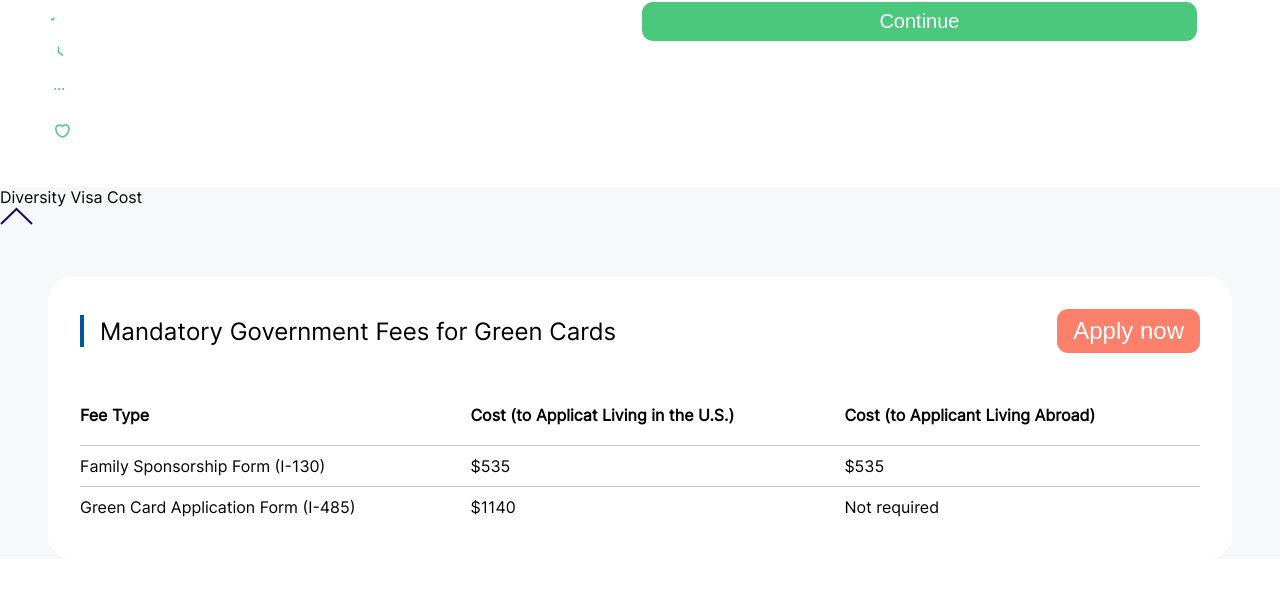
Repository: switch247/small_ui
Page: /, after clicking the first element matching `div.dropdown__clickable`
These files come from the project's save history. The page is drawn as it stood at one moment and after the next save; the edit follows.
The browser window is 1280 px wide. The pictures show the part of the page from y = 720 to 1383 px (the page is 1327 px tall before and 1383 px after).
The project was rebuilt for these pictures with package versions that can differ from the ones it lists, and the page was loaded fresh each time.

Above is the page before, as saved 2023-10-12 17:17:52.

### src/index.css
@font-face {
  font-family: Inter;
  src: url("./assets/fonts/Inter-Regular.ttf");
}

body {
  margin: 0;
  font-family: Inter;
}

code {
  font-family: source-code-pro, Menlo, Monaco, Consolas, "Courier New",
    monospace;
}

:root {
  --Verde: #4ac97d;
  --Dark_Blue: #1f3655;
  --Darker_Blue: #011527;
  --Cinza_Cairo: #e8e7e7;
  --Cinza_Cairo_2: #cdcbcb;
  --Azul_Escuro: #01264a;
  --Orange: #fd806b;
}

### src/App.tsx
import React from "react";
import "./App.css";
import Home from "./components/Home";
import TableView from "./components/Table";
import Description from "./components/Description";

function App() {
  return (
    <div className="App">
      <Home />
      <Description />
    </div>
  );
}

export default App;

### src/App.css
html {
  position: relative;
}

.App {
  height: 100%;
}

### src/components/Home.tsx
import React from "react";
import BorderdButton from "../elements/BorderdButton";
import "../css/components/Home.css";
import GreenCard from "./GreenCard";
import NumberCard from "../elements/NumberCard";

const Home = () => {
  return (
    <>
      <div className="app__background"></div>
      <main className="main">
        <header className="app__header">
          <img className="gov_assist_logo" src="/images/Govassist.png" alt="" />
          <BorderdButton text="Live Chat" color="white" />
        </header>
        <div className="main__container">
          <div className="main__left__contianer">
            <div className="main__left__title">
              Win the right to live{" "}
              <span style={{ color: "white" }}>
                {" "}
                <br /> in the USA!
              </span>
            </div>
            <div className="main__left__small_container">
              <div className="edge"></div>
              <div className="main__left__desc">
                The official deadline <br />
                is running, so hurry <br />
                up and{" "}
                <span
                  style={{ textDecoration: "underline", cursor: "pointer" }}
                >
                  apply here!
                </span>
              </div>
              <div className="number__list__container">
                <div>
                  <NumberCard number={27} desc="DAYS" />
                </div>
                <div>
                  <NumberCard number={24} desc="HOURS" />
                </div>
                <div>
                  <NumberCard number={60} desc="MINUTES" />
                </div>
                <div>
                  <NumberCard number={27} desc="SECONDS" />
                </div>
              </div>
            </div>
            <div className="main__left__lists">
              <div className="list">
                <img
                  className="list__img"
                  src="/images/🦆 icon _people_.svg"
                  alt=""
                />
                <div className="list__desc">
                  50,000 people and their families will Live, Work and Study in
                  USA.
                </div>
              </div>
              <div className="list">
                <img
                  className="list__img"
                  src="/images/🦆 icon _medal star_.svg"
                  alt=""
                />
                <div className="list__desc">
                  OFFICIAL USA Governmental program.
                </div>
              </div>
              <div className="list">
                <img
                  className="list__img"
                  src="/images/🦆 icon _wallet check_.svg"
                  alt=""
                />
                <div className="list__desc">
                  Your chance to LIVE, WORK & STUDY in USA.
                </div>
              </div>
              <div className="list">
                <img
                  className="list__img"
                  src="/images/🦆 icon _clock_.svg"
                  alt=""
                />
                <div className="list__desc">
                  Simple registration within 5 minutes.
                </div>
              </div>
              <div className="list">
                <img
                  className="list__img"
                  src="/images/🦆 icon _message_.svg"
                  alt=""
                />
                <div className="list__desc">
                  Personal support in every step.
                </div>
              </div>
              <div className="list">
                <img
                  className="list__img"
                  src="/images/🦆 icon _lovely_.svg"
                  alt=""
                />
                <div className="list__desc">
                  Double chance for married people to win the Green Card.
                </div>
              </div>
            </div>
          </div>
          <div className="main__right__contianer">
            <GreenCard />
          </div>
        </div>
      </main>
    </>
  );
};

export default Home;

### src/components/Description.tsx
import { useState } from "react";
import TableView from "./Table";
import "../css/components/Description.css";

const Description = () => {
  const [dropDownState, setDropDownState] = useState(false);
  let img_src = dropDownState ? "/images/up.svg" : "/images/down.svg";
  return (
    <div className="description__container">
      <div className="description__title"></div>
      <div className="description__dropdowns">
        <div className="dropdown">
          <div
            className="dropdown__clickable"
            onClick={() => {
              setDropDownState((dropDownState) => !dropDownState);
            }}
          >
            <div className="dropdown__title">Diversity Visa Cost</div>
            <img src={img_src} alt="" />
          </div>
          {dropDownState ? <TableView /> : null}
        </div>
      </div>
    </div>
  );
};

export default Description;

### src/elements/BorderdButton.tsx
import React from "react";
import "../css/elements/elements.css";

interface Props {
  borderColor?: string;
  text: string;
  color?: string;
  fontSize?: number;
}
const BorderdButton: React.FC<Props> = ({
  text,
  color,
  borderColor,
  fontSize,
}) => {
  return (
    <button
      className="borderd__button"
      style={{ color: color, borderColor: borderColor, fontSize: fontSize }}
    >
      {text}
    </button>
  );
};

export default BorderdButton;

### src/css/components/Home.css
html {
  position: relative;
  font-family: Inter;
}

.App {
  height: 100%;
}

.app__background {
  position: absolute;
  top: 0;
  left: 0;
  z-index: -9;
  background: url("../../../public/images/background.gif");
  background-repeat: no-repeat;
  background-size: cover;
  background-clip: border-box;
  width: 100%;
  height: 100vh;
}

.app__header {
  display: flex;
  background-color: var(--Dark_Blue);
  justify-content: space-between;
  align-items: center;
  padding: 0.5rem 2rem;
  margin: 2rem 3rem;
  border-top-right-radius: 0.7rem;
  border-bottom-right-radius: 0.7rem;
  border-top-left-radius: 0.7rem;
  border-bottom-left-radius: 0.7rem;
}
.gov_assist_logo {
  width: 10rem;
  aspect-ratio: 2/1;
}

.main__container {
  /* width: 100%; */
  display: flex;
  /* gap: 2rem; */
  margin: 3rem;
  justify-content: space-between;
}

.main__left__contianer {
  display: flex;
  flex-direction: column;
  gap: 2rem;
  flex: 1;
}
.main__left__title {
  font-size: 4rem;
  font-style: normal;
  font-weight: 700;
  color: var(--Verde);
}
.main__left__small_container {
  display: flex;
  justify-content: flex-start;
  align-items: center;
  gap: 1rem;
}
.edge {
  width: 5px;
  height: 4.5rem;
  background-color: #d9d9d9;
}
.number__list__container {
  display: flex;
  gap: 0.5rem;
}
.main__left__desc {
  font-size: 1.5rem;
  font-weight: 500;
  color: white;
}
.main__left__lists {
  display: flex;
  flex-direction: column;
  gap: 1rem;
}
.list {
  display: flex;
  gap: 1rem;
}
.list__img {
  width: 1.4rem;
  aspect-ratio: 1/1;
}
.list__desc {
  color: white;
}
.main__right__contianer {
  flex: 1;
  display: flex;
  justify-content: flex-end;
}

### src/components/GreenCard.tsx
import CustomInput from "../elements/CustomInput";
import "../css/components/GreenCard.css";
import CurvedButton from "../elements/CurvedButton";

const GreenCard = () => {
  return (
    <div className="card__container">
      <div className="small__title">
        <img className="arrow_image" src="/images/right_arrow.svg" alt="" />
        <div className="small_title_1">Check now for free</div>
      </div>
      <div className="main__title">Green card eligibility</div>
      <div className="card__name">
        <CustomInput placeholder="First Name" />
        <CustomInput placeholder="Last Name" />
      </div>
      <div className="card__email">
        <CustomInput placeholder="Email Address" />
        <CustomInput placeholder="Your email" />
      </div>
      <div className="card__country">
        <CustomInput placeholder="Your country of birth" />
      </div>

      <div className="card__marital">
        <CustomInput placeholder="Marital status" />
      </div>
      <div className="card_check">
        <input className="checkbox" type="checkbox" />
        <div>Yes, I finished high school OR I have qualifying training.</div>
      </div>
      <div className="card__continue">
        <CurvedButton
          text="Continue"
          color="white"
          backgroundColor="##4AC97D"
          fontSize={20}
        />
      </div>
    </div>
  );
};

export default GreenCard;

### src/elements/NumberCard.tsx
import React from "react";

interface Props {
  number: number;
  desc: string;
}
const NumberCard: React.FC<Props> = ({ number, desc }) => {
  return (
    <div className="number__container">
      <div className="number">{number}</div>
      <div className="desc">{desc}</div>
    </div>
  );
};

export default NumberCard;

### src/components/Table.tsx
import React from "react";
import "../css/components/Table.css";
import CurvedButton from "../elements/CurvedButton";

interface Props {}

const TableView: React.FC<Props> = () => {
  return (
    <div className="tableview__container">
      <div className="tableview__header">
        <div className="left__coint"></div>
        <div className="tableview__title">
          Mandatory Government Fees for Green Cards
        </div>
        <div className="tableview__curved__btn">
          <CurvedButton
            text="Apply now"
            color="white"
            backgroundColor="#fd806b"
            fontSize={24}
          />
        </div>
      </div>
      <table>
        <thead>
          <tr>
            <th>Fee Type</th>
            <th>Cost (to Applicat Living in the U.S.)</th>
            <th>Cost (to Applicant Living Abroad)</th>
          </tr>
        </thead>
        <tbody>
          <tr>
            <td>Family Sponsorship Form (I-130)</td>
            <td>$535</td>
            <td>$535</td>
          </tr>
          <tr>
            <td>Green Card Application Form (I-485)</td>
            <td>$1140</td>
            <td>Not required</td>
          </tr>
        </tbody>
      </table>
    </div>
  );
};

export default TableView;

### src/css/components/Description.css
.description__container {
  background-color: #f7f8f9;
}

### src/css/elements/elements.css
.curved__button {
  background-color: var(--Verde);
  outline: none;
  border: none;
  border-top-right-radius: 0.7rem;
  border-bottom-right-radius: 0.7rem;
  border-top-left-radius: 0.7rem;
  border-bottom-left-radius: 0.7rem;
  padding: 0.5rem 1rem;
  transition: all 200ms linear;
  cursor: pointer;
  flex: 1;
}

.curved__button:hover {
  background-color: var(--Verde);
}

.borderd__button {
  outline: none;
  border: 2px solid var(--Cinza_Cairo);
  border-top-right-radius: 0.3rem;
  border-bottom-right-radius: 0.3rem;
  border-top-left-radius: 0.3rem;
  border-bottom-left-radius: 0.3rem;
  padding: 0.7rem 1.2rem;
  transition: all 200ms linear;
  cursor: pointer;
  background-color: rgba(255, 255, 255, 0);
}

.custom_input {
  border: none;
  border-top-right-radius: 0.5rem;
  border-bottom-right-radius: 0.5rem;
  border-top-left-radius: 0.5rem;
  border-bottom-left-radius: 0.5rem;
  font-style: italic;
  padding: 0.7rem 0.7rem;
  background-color: var(--Cinza_Cairo);
  flex: 1;
  font-size: 1.2rem;
}
.custom_input:focus {
  outline: none;
}

.custom_input::placeholder {
  font-style: italic;
  color: var(--Cinza_Cairo_2);
  font-weight: 200;
  font-family: Inter;
}

.number__container {
  width: fit-content;
  display: flex;
  flex-direction: column;
  align-items: center;
  padding: 0.5rem 1rem;
  border-top-right-radius: 0.7rem;
  border-bottom-right-radius: 0.7rem;
  border-top-left-radius: 0.7rem;
  border-bottom-left-radius: 0.7rem;
  background-color: #080f1a;
}
.number {
  font-size: 2rem;
  font-weight: 800;
  color: white;
}
.desc {
  font-size: 0.7rem;
  font-weight: 300;
  color: #a5deff;
}

### src/elements/CustomInput.tsx
import React from "react";
import "../css/elements/elements.css";

interface Props {
  placeholder?: string;
  color?: string;
  placholderColor?: string;
  fontSize?: number;
}
const CustomInput: React.FC<Props> = ({
  color,
  placeholder,
  placholderColor,
}) => {
  return (
    <input
      className="custom_input"
      type="text"
      placeholder={placeholder}
      color={color}
    />
  );
};

export default CustomInput;

### src/css/components/GreenCard.css
.card__container {
  /* width: 40%; */
  width: fit-content;
  background-color: white;
  padding: 2.2rem;
  display: flex;
  flex-direction: column;
  align-items: center;
  justify-content: center;
  gap: 1.5rem;
  border-radius: 50px;
}
.small__title {
  display: flex;
  align-self: start;
  align-items: center;
  gap: 1rem;
  color: var(--Verde);
  font-weight: 600;
  font-size: 1.2rem;
}
.arrow_image {
  width: 1.4rem;
  aspect-ratio: 1/1;
}
.small_title_1 {
}
.checkbox {
  border: 4px solid black;
  border-radius: 4px;
}
.main__title {
  font-size: 48px;
  font-weight: 700;
}
.card__name {
  display: flex;
  width: 100%;
  gap: 0.5rem;
  justify-content: space-between;
}
.card__email {
  display: flex;
  width: 100%;
  gap: 0.5rem;
  justify-content: space-between;
}
.card__country {
  width: 100%;
  display: flex;
}

.card__marital {
  width: 100%;
  display: flex;
}

.card_check {
  align-self: flex-start;
  display: flex;
  gap: 1rem;
}
.card__continue {
  width: 100%;
  display: flex;
}

### src/elements/CurvedButton.tsx
import React from "react";
import "../css/elements/elements.css";

interface Props {
  backgroundColor?: string;
  text: string;
  color?: string;
  fontSize?: number;
}
const CurvedButton: React.FC<Props> = ({
  backgroundColor,
  color,
  text,
  fontSize,
}) => {
  return (
    <button
      className="curved__button"
      style={{
        backgroundColor: backgroundColor,
        color: color,
        fontSize: fontSize,
      }}
    >
      {text}
    </button>
  );
};

export default CurvedButton;

### src/css/components/Table.css
.tableview__container {
  /* width: 100%; */
  margin: 3rem;
  padding: 2rem;
  background-color: white;
  border-top-right-radius: 1.5rem;
  border-bottom-right-radius: 1.5rem;
  border-top-left-radius: 1.5rem;
  border-bottom-left-radius: 1.5rem;
}
.tableview__header {
  display: flex;
  justify-content: flex-start;
  align-items: center;
  gap: 1rem;
  margin-bottom: 2rem;
}
.tableview__title {
  flex-grow: 1;
  font-size: 1.5rem;
}
.tableview__curved__btn {
  align-self: flex-end;
}
.left__coint {
  width: 4px;
  height: 2rem;
  background-color: #00579b;
}
table {
  border-collapse: collapse;
  width: 100%;
}
th {
  align-self: flex-start;
}
th,
td {
  text-align: start;
}

th {
  padding: 20px 0px;
}
td {
  padding: 10px 0px;
}
table td {
  border-top: 1px solid #ccc;
  margin: 1rem;
}

Loaded but not shown: public/index.html (common file); src/index.tsx (common file)

After the next save:
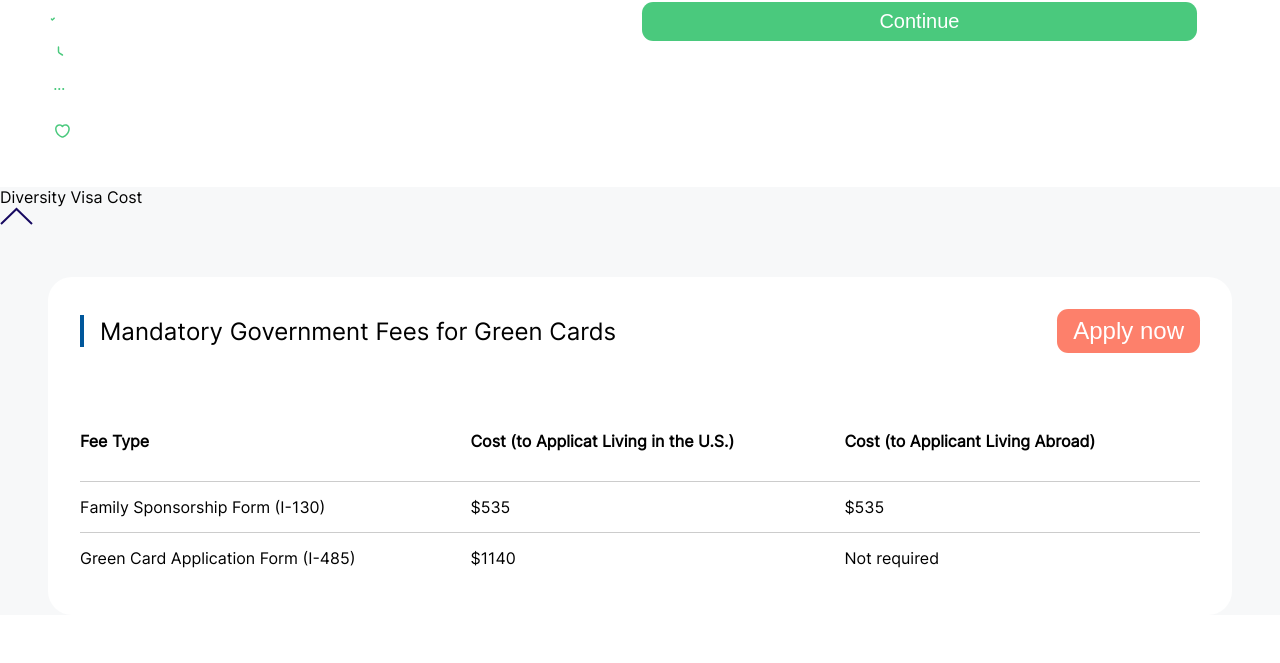
Saved 28 s later.
--- a/src/css/components/Table.css
+++ b/src/css/components/Table.css
@@ -13,7 +13,7 @@
   justify-content: flex-start;
   align-items: center;
   gap: 1rem;
-  margin-bottom: 2rem;
+  margin-bottom: 3rem;
 }
 .tableview__title {
   flex-grow: 1;
@@ -40,10 +40,10 @@ td {
 }
 
 th {
-  padding: 20px 0px;
+  padding: 30px 0px;
 }
 td {
-  padding: 10px 0px;
+  padding: 15px 0px;
 }
 table td {
   border-top: 1px solid #ccc;
